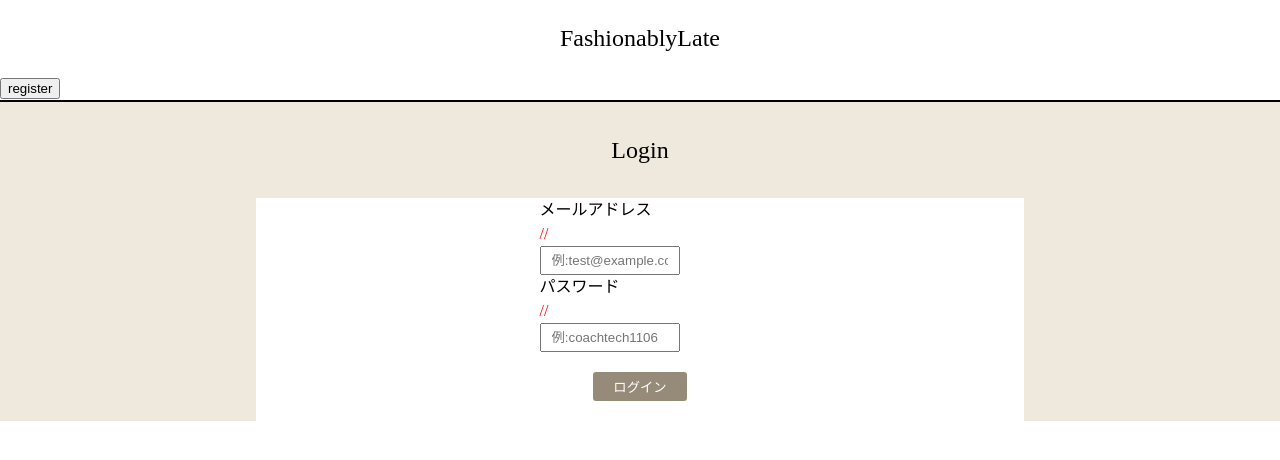
Repository: mayu-ya/test_form
Page: http://localhost/
These files come from the project's save history. The page is drawn as it stood at one moment and after the next save; the edit follows.
The browser window is 1280 px wide. The pictures show the whole page.
The page is served by the project's Laravel application, run on PHP 8.4 with Laravel 8. Other server files are loaded and not shown.

Above is the page before, as saved 2026-01-17 16:45:57.

### src/routes/web.php
<?php

use Illuminate\Support\Facades\Route;
use App\Http\Controllers\ContactController;

/*
|--------------------------------------------------------------------------
| Web Routes
|--------------------------------------------------------------------------
|
| Here is where you can register web routes for your application. These
| routes are loaded by the RouteServiceProvider within a group which
| contains the "web" middleware group. Now create something great!
|
*/

Route::get('/', [ContactController::class, 'index']);

### src/app/Http/Controllers/ContactController.php
<?php

namespace App\Http\Controllers;

use Illuminate\Http\Request;

class ContactController extends Controller
{
    public function index()
    {
        return view('auth.login');
    }
}

### src/resources/views/auth/login.blade.php
@extends('layouts.app')

@section('css')
<link rel="stylesheet" href="{{ asset('css/login.css') }}">
@endsection

@section('header')
<nav class="header">
    <form action="">
        <button class="header__button">register</button>
    </form>
</nav>
@endsection

@section('content')
<div class="content">
    <div class="title">
        <h2 class="title-h">Login</h2>
    </div>

    <form class="form">
        <div class="form__item">
            <div class="form__group">
                <div class="form__group-title">
                    <span class="form__goup-title-span">メールアドレス</span>
                </div>
                <div class="form__error">
                    //
                </div>
                <div class="form__group-input">
                    <input type="email" class="form__group-unput-item" name="email" placeholder="例:test@example.com" value="">
                </div>
            </div>

            <div class="form__group">
                <div class="form__group-title">
                    <span class="form__goup-title-span">パスワード</span>
                </div>
                <div class="form__error">
                    //
                </div>
                <div class="form__group-input">
                    <input type="password" class="form__group-unput-item" name="password" placeholder="例:coachtech1106" value="">
                </div>
            </div>

            <div class="form__button">
                <button class="form__button-submit">ログイン</button>
            </div>
        </div>
    </form>
</div>
@endsection

### src/resources/views/layouts/app.blade.php
<!DOCTYPE html>
<html lang="ja">
<head>
    <meta charset="UTF-8">
    <meta name="viewport" content="width=device-width, initial-scale=1.0">
    <title>FashionablyLate</title>
    <link rel="stylesheet" href="{{ asset('css/common.css') }}">
    <link rel="stylesheet" href="{{ asset('css/sanitize.css') }}">
    @yield('css')
</head>
<body>
    <header class="header">
        <div class="header-title">
            <div class="header-title__item">FashionablyLate</div>
        </div>
        @yield('header')
    </header>

    <main>
        @yield('content')
    </main>
</body>
</html>

### src/public/css/common.css
.header{
    border-bottom: 1px solid #000;
}

.header-title {
    margin: 0 auto;
    padding: 20px 15px;
    max-width: 1230px;
}

.header-title__item {
    font-size: 24px;
    text-align: center;
}

### src/public/css/sanitize.css
/* Document
* ========================================================================== */

/**
* Add border box sizing in all browsers (opinionated).
*/

*,
::before,
::after {
  box-sizing: border-box;
}

/**
* 1. Add text decoration inheritance in all browsers (opinionated).
* 2. Add vertical alignment inheritance in all browsers (opinionated).
*/

::before,
::after {
  vertical-align: inherit;
  /* 2 */
  text-decoration: inherit;
  /* 1 */
}

/**
* 1. Use the default cursor in all browsers (opinionated).
* 2. Change the line height in all browsers (opinionated).
* 3. Use a 4-space tab width in all browsers (opinionated).
* 4. Remove the grey highlight on links in iOS (opinionated).
* 5. Prevent adjustments of font size after orientation changes in
*    IE on Windows Phone and in iOS.
* 6. Breaks words to prevent overflow in all browsers (opinionated).
*/

html {
  word-break: break-word;
  /* 6 */
  -moz-tab-size: 4;
  /* 3 */
  tab-size: 4;
  /* 3 */
  line-height: 1.5;
  /* 2 */
  cursor: default;
  /* 1 */

  -webkit-tap-highlight-color: transparent
    /* 4 */
  ;
  -ms-text-size-adjust: 100%;
  /* 5 */
  -webkit-text-size-adjust: 100%;
  /* 5 */
}

/* Sections
* ========================================================================== */

/**
* Remove the margin in all browsers (opinionated).
*/

body {
  margin: 0;
}

/**
* Correct the font size and margin on `h1` elements within `section` and
* `article` contexts in Chrome, Edge, Firefox, and Safari.
*/

h1 {
  margin: 0.67em 0;
  font-size: 2em;
}

/* Grouping content
* ========================================================================== */

/**
* Remove the margin on nested lists in Chrome, Edge, IE, and Safari.
*/

dl dl,
dl ol,
dl ul,
ol dl,
ul dl {
  margin: 0;
}

/**
* Remove the margin on nested lists in Edge 18- and IE.
*/

ol ol,
ol ul,
ul ol,
ul ul {
  margin: 0;
}

/**
* 1. Add the correct sizing in Firefox.
* 2. Show the overflow in Edge 18- and IE.
*/

hr {
  overflow: visible;
  /* 2 */
  height: 0;
  /* 1 */
}

/**
* Add the correct display in IE.
*/

main {
  display: block;
}

/**
* Remove the list style on navigation lists in all browsers (opinionated).
*/

nav ol,
nav ul {
  padding: 0;
  list-style: none;
}

/**
* 1. Correct the inheritance and scaling of font size in all browsers.
* 2. Correct the odd `em` font sizing in all browsers.
*/

pre {
  font-size: 1em;
  /* 2 */
  font-family: monospace, monospace;
  /* 1 */
}

/* Text-level semantics
* ========================================================================== */

/**
* Remove the gray background on active links in IE 10.
*/

a {
  background-color: transparent;
}

/**
* Add the correct text decoration in Edge 18-, IE, and Safari.
*/

abbr[title] {
  text-decoration: underline;
  text-decoration: underline dotted;
}

/**
* Add the correct font weight in Chrome, Edge, and Safari.
*/

b,
strong {
  font-weight: bolder;
}

/**
* 1. Correct the inheritance and scaling of font size in all browsers.
* 2. Correct the odd `em` font sizing in all browsers.
*/

code,
kbd,
samp {
  font-size: 1em;
  /* 2 */
  font-family: monospace, monospace;
  /* 1 */
}

/**
* Add the correct font size in all browsers.
*/

small {
  font-size: 80%;
}

/* Embedded content
* ========================================================================== */

/*
* Change the alignment on media elements in all browsers (opinionated).
*/

audio,
canvas,
iframe,
img,
svg,
video {
  vertical-align: middle;
}

/**
* Add the correct display in IE 9-.
*/

audio,
video {
  display: inline-block;
}

/**
* Add the correct display in iOS 4-7.
*/

audio:not([controls]) {
  display: none;
  height: 0;
}

/**
* Remove the border on iframes in all browsers (opinionated).
*/

iframe {
  border-style: none;
}

/**
* Remove the border on images within links in IE 10-.
*/

img {
  border-style: none;
}

/**
* Change the fill color to match the text color in all browsers (opinionated).
*/

svg:not([fill]) {
  fill: currentColor;
}

/**
* Hide the overflow in IE.
*/

svg:not(:root) {
  overflow: hidden;
}

/* Tabular data
* ========================================================================== */

/**
* Collapse border spacing in all browsers (opinionated).
*/

table {
  border-collapse: collapse;
}

/* Forms
* ========================================================================== */

/**
* Remove the margin on controls in Safari.
*/

button,
input,
select {
  margin: 0;
}

/**
* 1. Show the overflow in IE.
* 2. Remove the inheritance of text transform in Edge 18-, Firefox, and IE.
*/

button {
  overflow: visible;
  /* 1 */
  text-transform: none;
  /* 2 */
}

/**
* Correct the inability to style buttons in iOS and Safari.
*/

button,
[type="button"],
[type="reset"],
[type="submit"] {
  -webkit-appearance: button;
}

/**
* 1. Change the inconsistent appearance in all browsers (opinionated).
* 2. Correct the padding in Firefox.
*/

fieldset {
  padding: 0.35em 0.75em 0.625em;
  /* 2 */
  border: 1px solid #a0a0a0;
  /* 1 */
}

/**
* Show the overflow in Edge 18- and IE.
*/

input {
  overflow: visible;
}

/**
* 1. Correct the text wrapping in Edge 18- and IE.
* 2. Correct the color inheritance from `fieldset` elements in IE.
*/

legend {
  display: table;
  /* 1 */
  max-width: 100%;
  /* 1 */
  color: inherit;
  /* 2 */
  white-space: normal;
  /* 1 */
}

/**
* 1. Add the correct display in Edge 18- and IE.
* 2. Add the correct vertical alignment in Chrome, Edge, and Firefox.
*/

progress {
  display: inline-block;
  /* 1 */
  vertical-align: baseline;
  /* 2 */
}

/**
* Remove the inheritance of text transform in Firefox.
*/

select {
  text-transform: none;
}

/**
* 1. Remove the margin in Firefox and Safari.
* 2. Remove the default vertical scrollbar in IE.
* 3. Change the resize direction in all browsers (opinionated).
*/

textarea {
  overflow: auto;
  /* 2 */
  margin: 0;
  /* 1 */
  resize: vertical;
  /* 3 */
}

/**
* Remove the padding in IE 10-.
*/

[type="checkbox"],
[type="radio"] {
  padding: 0;
}

/**
* 1. Correct the odd appearance in Chrome, Edge, and Safari.
* 2. Correct the outline style in Safari.
*/

[type="search"] {
  outline-offset: -2px;
  /* 2 */

  -webkit-appearance: textfield;
  /* 1 */
}

/**
* Correct the cursor style of increment and decrement buttons in Safari.
*/

::-webkit-inner-spin-button,
::-webkit-outer-spin-button {
  height: auto;
}

/**
* Correct the text style of placeholders in Chrome, Edge, and Safari.
*/

::-webkit-input-placeholder {
  color: inherit;
  opacity: 0.54;
}

/**
* Remove the inner padding in Chrome, Edge, and Safari on macOS.
*/

::-webkit-search-decoration {
  -webkit-appearance: none;
}

/**
* 1. Correct the inability to style upload buttons in iOS and Safari.
* 2. Change font properties to `inherit` in Safari.
*/

::-webkit-file-upload-button {
  font: inherit;
  /* 2 */

  -webkit-appearance: button;
  /* 1 */
}

/**
* Remove the inner border and padding of focus outlines in Firefox.
*/

::-moz-focus-inner {
  padding: 0;
  border-style: none;
}

/**
* Restore the focus outline styles unset by the previous rule in Firefox.
*/

:-moz-focusring {
  outline: 1px dotted ButtonText;
}

/**
* Remove the additional :invalid styles in Firefox.
*/

:-moz-ui-invalid {
  box-shadow: none;
}

/* Interactive
* ========================================================================== */

/*
* Add the correct display in Edge 18- and IE.
*/

details {
  display: block;
}

/*
* Add the correct styles in Edge 18-, IE, and Safari.
*/

dialog {
  position: absolute;
  right: 0;
  left: 0;
  display: block;
  margin: auto;
  padding: 1em;
  width: -moz-fit-content;
  width: -webkit-fit-content;
  width: fit-content;
  height: -moz-fit-content;
  height: -webkit-fit-content;
  height: fit-content;
  border: solid;
  background-color: white;
  color: black;
}

dialog:not([open]) {
  display: none;
}

/*
* Add the correct display in all browsers.
*/

summary {
  display: list-item;
}

/* Scripting
* ========================================================================== */

/**
* Add the correct display in IE 9-.
*/

canvas {
  display: inline-block;
}

/**
* Add the correct display in IE.
*/

template {
  display: none;
}

/* User interaction
* ========================================================================== */

/*
* 1. Remove the tapping delay in IE 10.
* 2. Remove the tapping delay on clickable elements
in all browsers (opinionated).
*/

a,
area,
button,
input,
label,
select,
summary,
textarea,
[tabindex] {
  -ms-touch-action: manipulation;
  /* 1 */
  touch-action: manipulation;
  /* 2 */
}

/**
* Add the correct display in IE 10-.
*/

[hidden] {
  display: none;
}

/* Accessibility
* ========================================================================== */

/**
* Change the cursor on busy elements in all browsers (opinionated).
*/

[aria-busy="true"] {
  cursor: progress;
}

/*
* Change the cursor on control elements in all browsers (opinionated).
*/

[aria-controls] {
  cursor: pointer;
}

/*
* Change the cursor on disabled, not-editable, or otherwise
* inoperable elements in all browsers (opinionated).
*/

[aria-disabled="true"],
[disabled] {
  cursor: not-allowed;
}

/*
* Change the display on visually hidden accessible elements
* in all browsers (opinionated).
*/

[aria-hidden="false"][hidden] {
  display: initial;
}

[aria-hidden="false"][hidden]:not(:focus) {
  position: absolute;
  clip: rect(0, 0, 0, 0);
}

### src/public/css/login.css


.content {
    max-width: 1536px;
    background: #efe8dd;
}

.title {
    text-align: center;
    padding: 30px 0;
}

.title-h {
    text-align: center;
    font-weight: lighter;
    margin: 0;
}

.form {
    display: grid;
    justify-content: center;
    align-items: center;
    margin: 0 auto;
    background: white;
    width: 60%;
}

.form__goup-title-span {
    text-align: left;
}

.form__error {
    color: red;
}

.form__group-input {
    width: 70%;
}

.form__group-unput-item {
    width: 100%;
    padding: 5px 10px;
}

.form__button {
    margin: 20px 0;
    text-align: center;
}

.form__button-submit {
    padding: 5px 20px;
    background: #968b79;
    color: white;
    border-radius: 3px;
    border: none;
    cursor: pointer;
}

Loaded but not shown: src/app/Http/Controllers/Controller.php (common file)

After the next save:
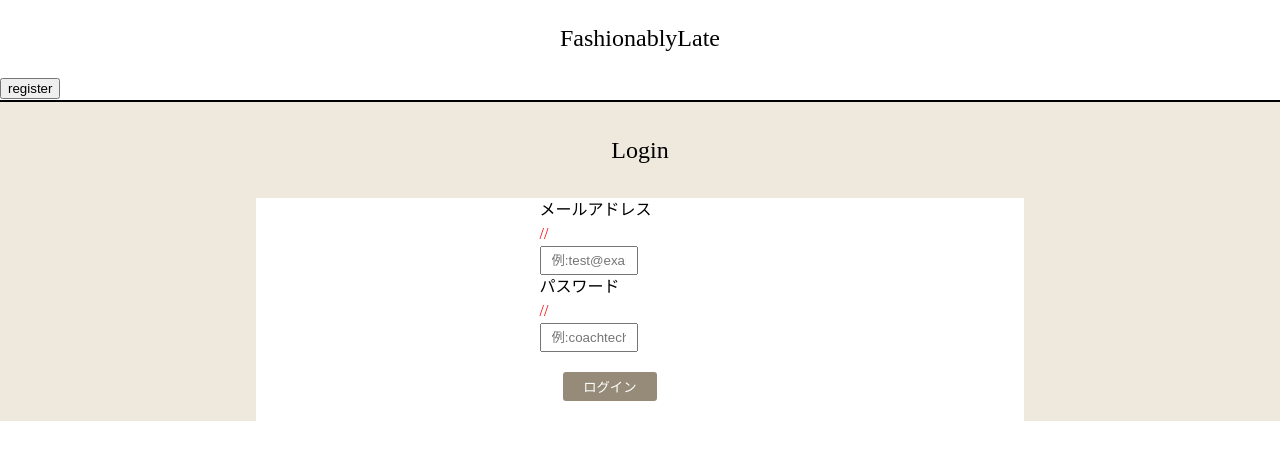
Saved 31 s later.
--- a/src/public/css/login.css
+++ b/src/public/css/login.css
@@ -23,6 +23,10 @@
     margin: 0 auto;
     background: white;
     width: 60%;
+}
+
+.form__item {
+    width: 70%;
 }
 
 .form__goup-title-span {
